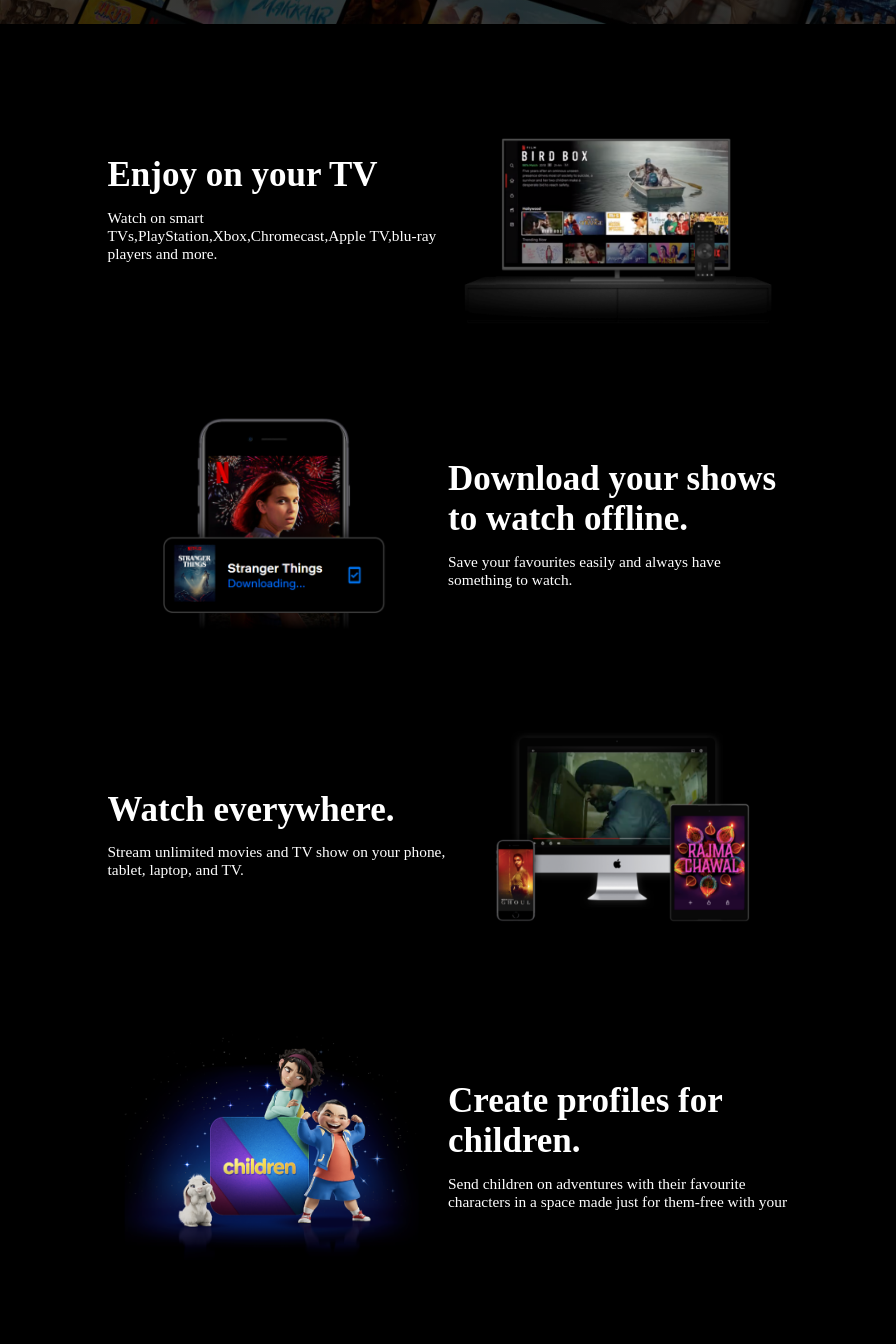
Repository: kiranjeetkaur01/netflixclone.github.io
Page: index.html
These files come from the project's save history. The page is drawn as it stood at one moment and after the next save; the edit follows.
The browser window is 1280 px wide. The pictures show the part of the page from y = 686 to 2606 px (the page is 2606 px tall), at 70% of full size.

Above is the page before, as saved 2023-09-11 17:59:13.

### index.html
<!DOCTYPE html>
<html lang="en">
<head>
    <meta charset="UTF-8">
    <meta name="viewport" content="width=device-width, initial-scale=1.0">
    <title>Netflix Clone</title>
    <link rel="stylesheet" href="style.css">
</head>
<body>
   <div class="header">
<nav>
    <img src="./logo.png" alt="" class="logo">
    <div>
        <button class="language-btn">English <img src="./down-icon.png" alt=""></button>
        <button>Sign In</button>
    </div>
</nav>
<div class="header-content">
    <h1>Laughter. &nbsp;Tears.&nbsp; Thrills.&nbsp; Find it all on <br>Netflix.</h1>
    <h3>Watch anywhere. Cancel anytime.</h3>
    <p>Ready to watch? Enter your email to create or restart your membership.</p>
    <form class="email-signup">
        <input type="email" placeholder="Email address" required>
        <button type="submit">Get Started</button>
    </form>

</div>
   </div>
   <div class="features">
    <div class="row">
        <div class="text-col">
            <h2>Enjoy on your TV</h2>
            <P>Watch on smart TVs,PlayStation,Xbox,Chromecast,Apple TV,blu-ray players and more.</P>
        </div>
        <div class="img-col">
            <img src="./feature-1.png" alt="">
        </div>
    </div>
    <div class="row">
        <div class="img-col">
            <img src="./feature-2.png" alt="">
        </div>
        <div class="text-col">
            <h2>Download your shows to watch offline.</h2>
            <P>Save your favourites easily and always have something to watch.</P>
        </div>

    </div>
    <div class="row">
        <div class="text-col">
            <h2>Watch everywhere.</h2>
            <P>Stream unlimited movies and TV show on your phone, tablet, laptop, and TV.</P>
        </div>
        <div class="img-col">
            <img src="./feature-3.png" alt="">
        </div>
    </div>
    <div class="row">
        <div class="img-col">
            <img src="./feature-4.png" alt="">
        </div>
        <div class="text-col">
            <h2>Create profiles for children.</h2>
            <P>Send children on adventures with their favourite characters in a space made just for them-free with your </P>
        </div>

    </div>
   </div>
</body>
</html>

### style.css
*{
    margin: 0;
    padding: 0;
    box-sizing: border-box;
    font-family: gilroy;
}
html,body{
    height: 100%;
    width: 100%;
}
body{
    background: #000;
    color: #fff;
}
.header{
    width: 100%;
    height: 100vh;
    background-image: linear-gradient(rgba(0,0,0,0.7),rgba(0,0,0,0.7)),url(./bg.jpg);
    background-size: cover;
    background-position: center;
    padding: 10px 8%;
    position: relative;
}
nav{
    display: flex;
    align-items: center;
    justify-content: space-between;
    padding: 10px 0;
}
.logo{
    width: 140px;
    cursor: pointer;
}
nav button{
    border: 0;
    outline: 0;
    background: #db0001;
    color: #fff;
    padding: 7px 20px;
    font-size: 12px;
    border-radius: 4px;
    margin-left: 10px;
    cursor: pointer;
}
.language-btn{
    display: inline-flex;
    align-items: center;
    background: transparent;
    border: 1px solid #fff;
    padding: 7px 10px;
}
.language-btn img{
    width: 10px;
    margin-left: 10px;
}

.header-content{
    position: absolute;
    top: 50%;
    left: 50%;
    transform: translate(-50%,-50%);
    text-align: center;
    margin-top: 60px;
}
.header-content h1{
    font-size: 35px;
    line-height: 40px;
    font-weight: 600;
    letter-spacing: 1px;
    max-width: 680px;
}
.header-content h3{
    font-weight: 400;
    margin-bottom: 20px;
}
.email-signup{
    background: #fff;
    border-radius: 4px;
display: flex;
align-items: center;
margin-top: 30px;
overflow: hidden;
}
.email-signup input{
    flex: 1;
    border: 0;
    outline: 0;
    margin-left: 20px;
}
.email-signup button{
    background: #db0001;
    border: 0;
    outline: 0;
    color: #fff;
    font-size: 16px;
    cursor: pointer;
    padding: 15px 30px;
}
/* --------features---------- */
.features{
    padding: 50px 12%;
    font-size: 22px;
}
.row{
    display: flex;
    width: 100%;
    align-items: center;
    flex-wrap: wrap;
    padding: 50px 0;
}
.text-col{
    flex-basis: 50%;
    margin-bottom: 20px;
}
.img-col{
    flex-basis: 50%;
    margin-bottom: 20px;
}
.img-col img{
    display: block;
    width: 90%;
    margin: auto;

}
.features h2{
    font-size: 50px;
    font-weight: 600;
    margin-bottom: 20px;
}

After the next save:
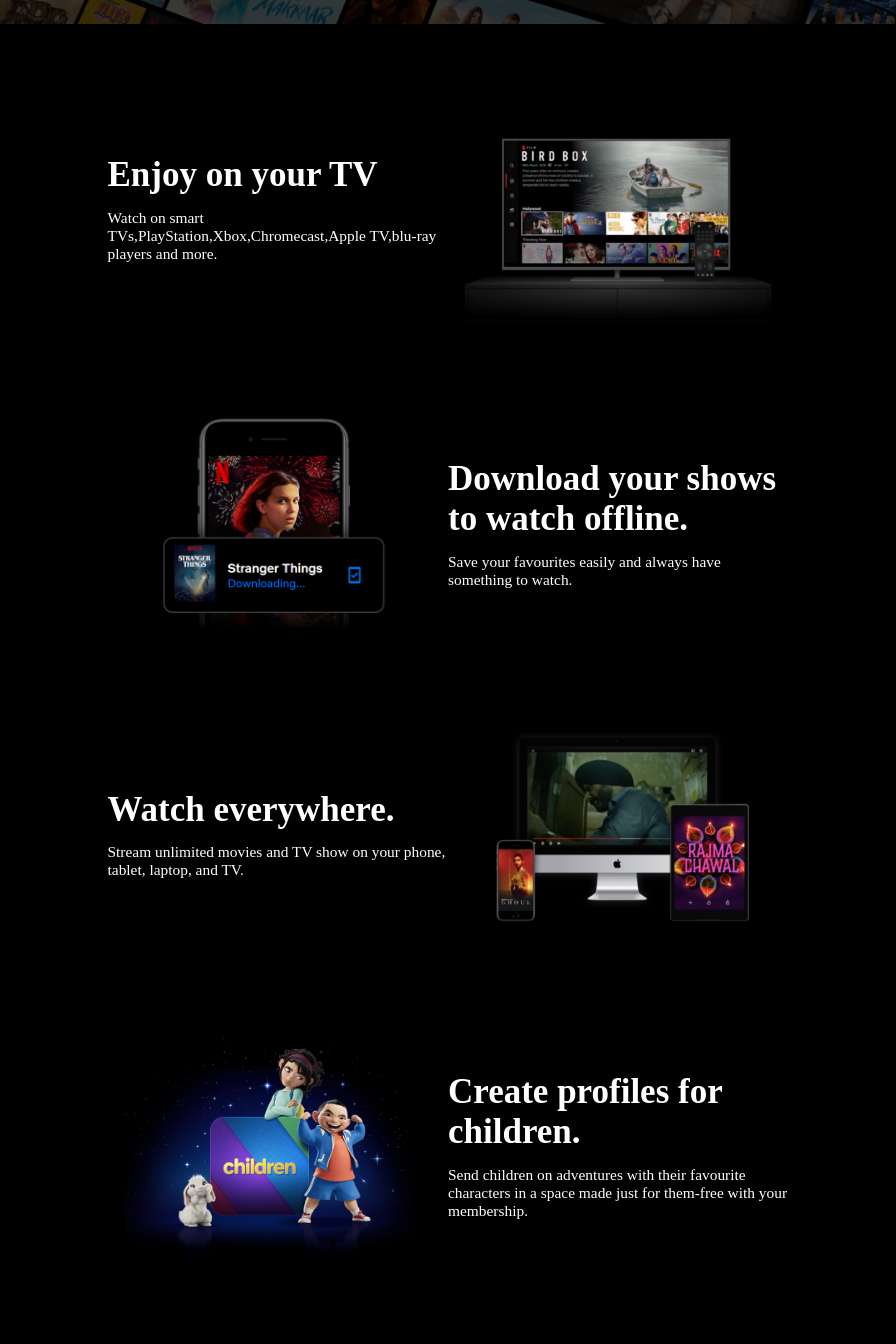
Saved 4 s later.
--- a/index.html
+++ b/index.html
@@ -61,7 +61,7 @@
         </div>
         <div class="text-col">
             <h2>Create profiles for children.</h2>
-            <P>Send children on adventures with their favourite characters in a space made just for them-free with your </P>
+            <P>Send children on adventures with their favourite characters in a space made just for them-free with your membership.</P>
         </div>
 
     </div>
